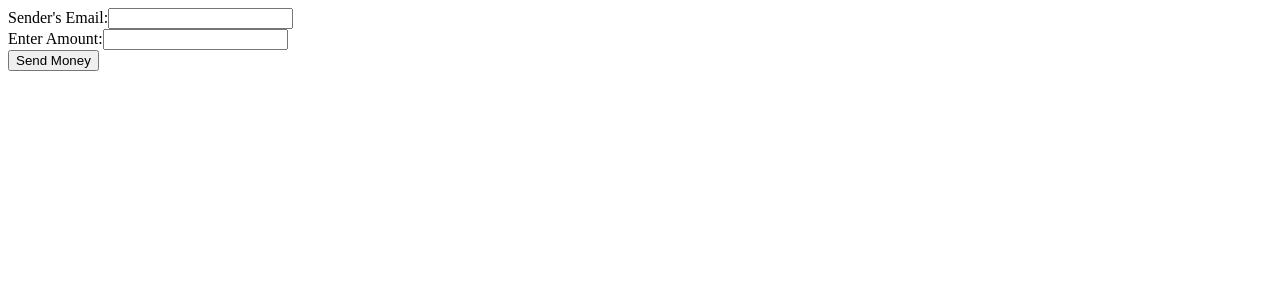
Repository: ayushiagrawal083/BasicBankingSystem
Page: Bank/WebContent/sendmoney.html
An editor plug-in stored every save of this project. The page is shown before and after the next save, followed by the edit.
The browser window is 1280 px wide. The pictures show the whole page.

Above is the page before, as saved 2022-10-17 16:14:16.

### Bank/WebContent/sendmoney.html
<form action="money.jsp" method="post">
Sender's Email:<input type="email" name="email" /><br />
Enter Amount:<input type="number" name="money" /><br />
<input type="submit" value="Send Money"/>

</form>

After the next save:
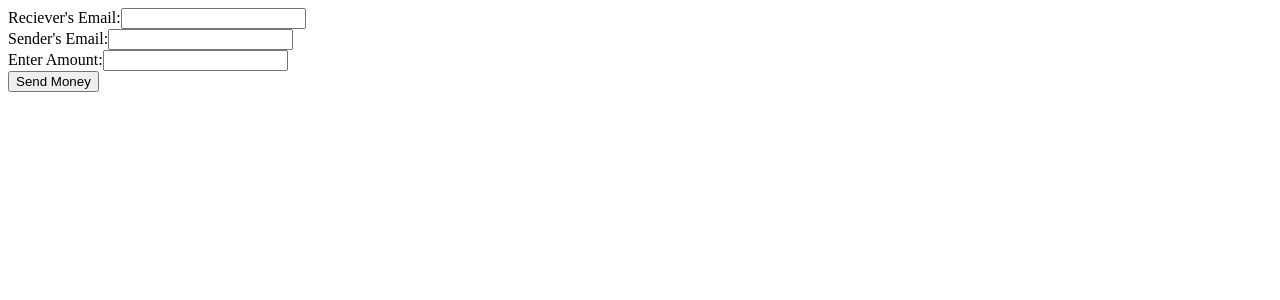
Saved 3 min 31 s later.
--- a/Bank/WebContent/sendmoney.html
+++ b/Bank/WebContent/sendmoney.html
@@ -1,4 +1,5 @@
 <form action="money.jsp" method="post">
+Reciever's Email:<input type="email" name="email" /><br />
 Sender's Email:<input type="email" name="email" /><br />
 Enter Amount:<input type="number" name="money" /><br />
 <input type="submit" value="Send Money"/>
